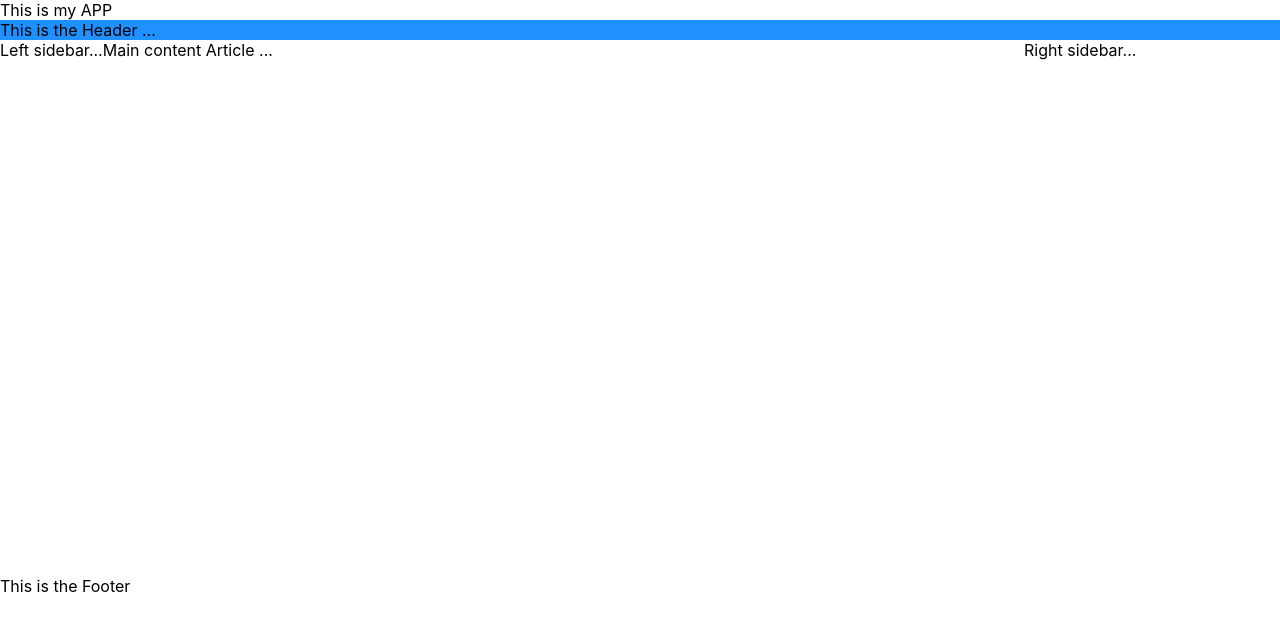
Repository: vnevescode/ui-components-react
Page: /
The author's editor kept a copy of each file at every save. The page is drawn from the files as they stood at one save, then again after the next save.
The browser window is 1280 px wide. The pictures show the whole page.
The project was rebuilt for these pictures with package versions that can differ from the ones it lists, and the page was loaded fresh each time. Also part of the build but not shown: src/components/Cards/Cards.styles.css, src/components/Cards/Cards.jsx.

Above is the page before, as saved 2022-06-09 22:53:04.

### src/App.js
import React from 'react';
import Cards from './components/Cards/Cards';
import HolyGrailLayout from './components/HolyGrailLayout/HolyGrailLayout';

function App() {
  return (
    <div className="App">
      <div>This is my APP</div>
      <HolyGrailLayout/>
    </div>
  );
}

export default App;

### src/components/HolyGrailLayout/HolyGrailLayout.jsx
import React from 'react'
import './HolyGrailLayout.styles.css'

const HolyGrailLayout = () => {
  return (
    <>
        <div className="container">
            <header className='container__header'>
                {'This is the Header ... '}
            </header>
            <main className='container__main'>
                {/* Left sidebar */}
                <aside className='conteiner__left'>
                    {' Left sidebar...'}
                </aside>
                {/* Main content */}
                <article className='container__middle'>
                    {' Main content Article ...'}
                </article>

                {/* Right sidebar */}
                <nav className='container__right'>
                    {' Right sidebar...'}
                </nav>
            </main>
            <footer className='container__footer'>
                {'This is the Footer'}
            </footer>
        </div>
    </>
  )
}

export default HolyGrailLayout

### src/components/HolyGrailLayout/HolyGrailLayout.styles.css
.container{
    display: flex;
    flex-direction: column;
    height: 80vh;
    }
    .container__header{
        background-color: dodgerblue;
    }
    .container__main{
        /* Take the remaining height */
        flex-grow: 1;

        /*  Layout the left sidebar, main content and right sidebar */
        display: flex;
        flex-direction: row;
    }

    .container__left{
        width: 25%;
    }
    .container__middle{
        /* Take the remaining width */
        flex-grow: 1;
    }

    .container__right{
        width: 20%;
    }

Loaded but not shown: public/index.html (common file); src/index.js (common file); src/index.css (common file)

After the next save:
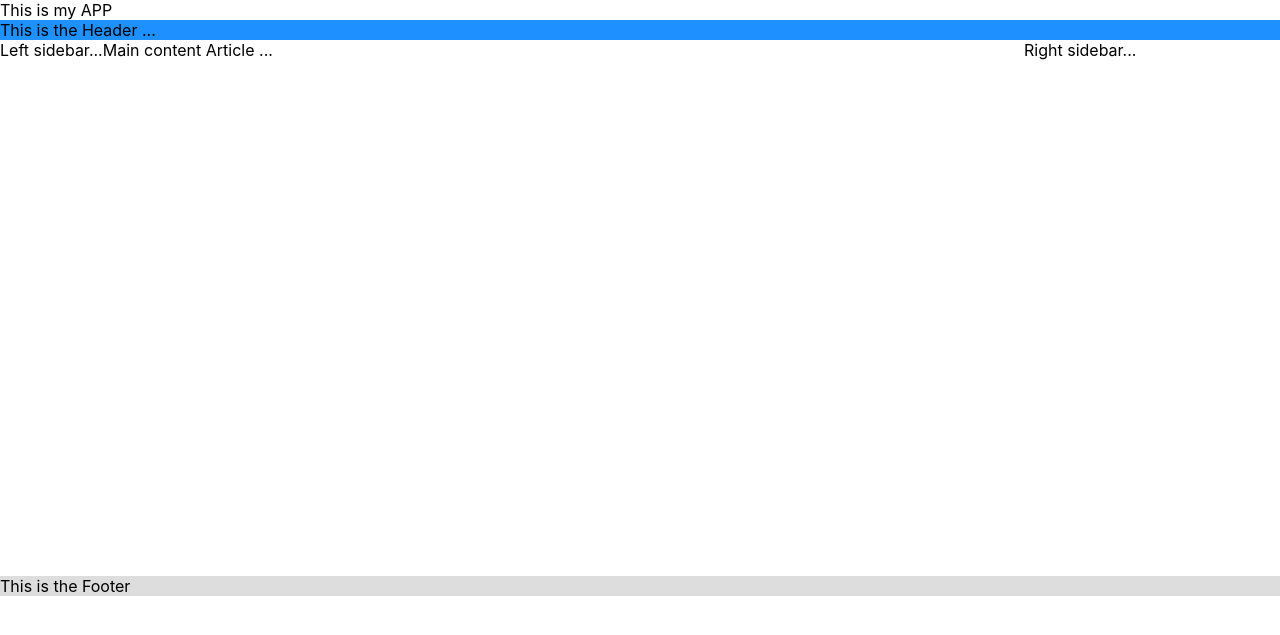
Saved 20 s later.
--- a/src/components/HolyGrailLayout/HolyGrailLayout.styles.css
+++ b/src/components/HolyGrailLayout/HolyGrailLayout.styles.css
@@ -26,3 +26,7 @@
     .container__right{
         width: 20%;
     }
+
+    .container__footer{
+        background-color: #ddd;
+    }
